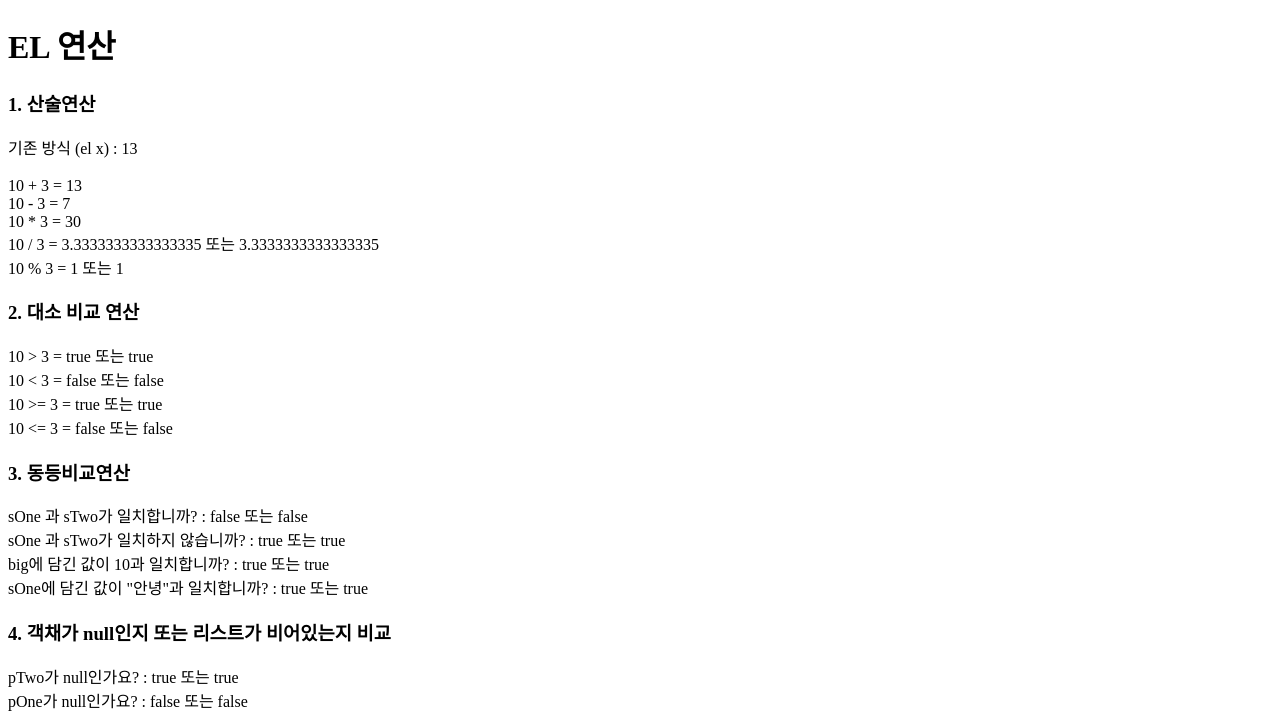
Repository: gimanKr/academyWork
Page: http://localhost/elActionProject/operation.do
An editor plug-in stored every save of this project. The page is shown before and after the next save, followed by the edit.
The browser window is 1280 px wide. The pictures show the whole page.
The page is served by Tomcat 9. Other server files are loaded and not shown.

Above is the page before, as saved 2023-10-26 03:03:14.

### elActionProject/src/main/webapp/views/1_EL/02_elOperation.jsp
<%@ page language="java" contentType="text/html; charset=UTF-8"
    pageEncoding="UTF-8"%>
<!DOCTYPE html>
<html>
<head>
<meta charset="UTF-8">
<title>Insert title here</title>
</head>
<body>
	<h1>EL 연산</h1>
	<h3>1. 산술연산</h3>
	기존 방식 (el x) : <%= (int)request.getAttribute("big") + (int)request.getAttribute("small") %>
	<br><br>

	10 + 3 = ${big + small} <br>
	10 - 3 = ${big - small} <br>
	10 * 3 = ${big * small} <br>
	10 / 3 = ${big / small} 또는 ${big div small} <br>
	10 % 3 = ${big % small} 또는 ${big mod small} <br>
	<h3>2. 대소 비교 연산 </h3>
	10 &gt; 3 = ${big > small} 또는 ${big gt small} <br>
	10 &lt; 3 = ${big < small} 또는 ${big lt small} <br>
	10 &gt;= 3 = ${big >= small} 또는 ${big ge small} <br>
	10 &lt;= 3 = ${big <= small} 또는 ${big le small} <br>
	<h3>3. 동등비교연산</h3>
	<!-- el에서의 == 비교는 자바에서의 equals()와 같은 동작을 한다. -->
	sOne 과 sTwo가 일치합니까? : ${sOne == sTwo} 또는 ${sOne eq sTwo} <br>
	sOne 과 sTwo가 일치하지 않습니까? : ${sOne != sTwo} 또는 ${sOne ne sTwo} <br>

	big에 담긴 값이 10과 일치합니까? : ${big == 10} 또는 ${big eq 10} <br>
	sOne에 담긴 값이 "안녕"과 일치합니까? : ${sOne == '안녕'} 또는 ${sOne eq "안녕"} <br>
	<!-- el안에서 문자열 리터럴 제시시 홀따움표든 쌍따움표든 가리지 않음 -->

	<h3>4. 객채가 null인지 또는 리스트가 비어있는지 비교</h3>
	pTwo가 null인가요? : ${pTwo == null} 또는 ${empty pTwo} <br>
	pOne가 null인가요? : ${pOne == null} 또는 ${empty pOne} <br>


</body>
</html>

### elActionProject/src/main/java/com/kh/controller/OperationServlet.java
package com.kh.controller;

import java.io.IOException;
import java.util.ArrayList;

import javax.servlet.ServletException;
import javax.servlet.annotation.WebServlet;
import javax.servlet.http.HttpServlet;
import javax.servlet.http.HttpServletRequest;
import javax.servlet.http.HttpServletResponse;

import com.kh.model.vo.Person;

/**
 * Servlet implementation class OperationServlet
 */
@WebServlet("/operation.do")
public class OperationServlet extends HttpServlet {
	private static final long serialVersionUID = 1L;

    /**
     * @see HttpServlet#HttpServlet()
     */
    public OperationServlet() {
        super();
        // TODO Auto-generated constructor stub
    }

	/**
	 * @see HttpServlet#doGet(HttpServletRequest request, HttpServletResponse response)
	 */
	protected void doGet(HttpServletRequest request, HttpServletResponse response) throws ServletException, IOException {
		request.setAttribute("big", 10);
		request.setAttribute("small", 3);
		request.setAttribute("sOne", "안녕");
		request.setAttribute("sTwo", "잘가");

		request.setAttribute("pOne", new Person("홍길동", 22 ,"남자"));
		request.setAttribute("pTwo", null);

		ArrayList<String> list1 = new ArrayList<>();
		request.setAttribute("1One", list1);

		ArrayList<String> list2 = new ArrayList<>();
		list2.add("들어있음");
		request.setAttribute("1Two", list2);

		request.getRequestDispatcher("views/1_EL/02_elOperation.jsp").forward(request, response);
	}

	/**
	 * @see HttpServlet#doPost(HttpServletRequest request, HttpServletResponse response)
	 */
	protected void doPost(HttpServletRequest request, HttpServletResponse response) throws ServletException, IOException {
		// TODO Auto-generated method stub
		doGet(request, response);
	}

}

### elActionProject/src/main/java/com/kh/model/vo/Person.java
package com.kh.model.vo;

public class Person {
	private String name;
	private int age;
	private String gender;

	public Person() {}

	public Person(String name, int age, String gender) {
		super();
		this.name = name;
		this.age = age;
		this.gender = gender;
	}

	public String getName() {
		return name;
	}

	public void setName(String name) {
		this.name = name;
	}

	public int getAge() {
		return age;
	}

	public void setAge(int age) {
		this.age = age;
	}

	public String getGender() {
		return gender;
	}

	public void setGender(String gender) {
		this.gender = gender;
	}

	@Override
	public String toString() {
		return "Person [name=" + name + ", age=" + age + ", gender=" + gender + "]";
	}


}

After the next save:
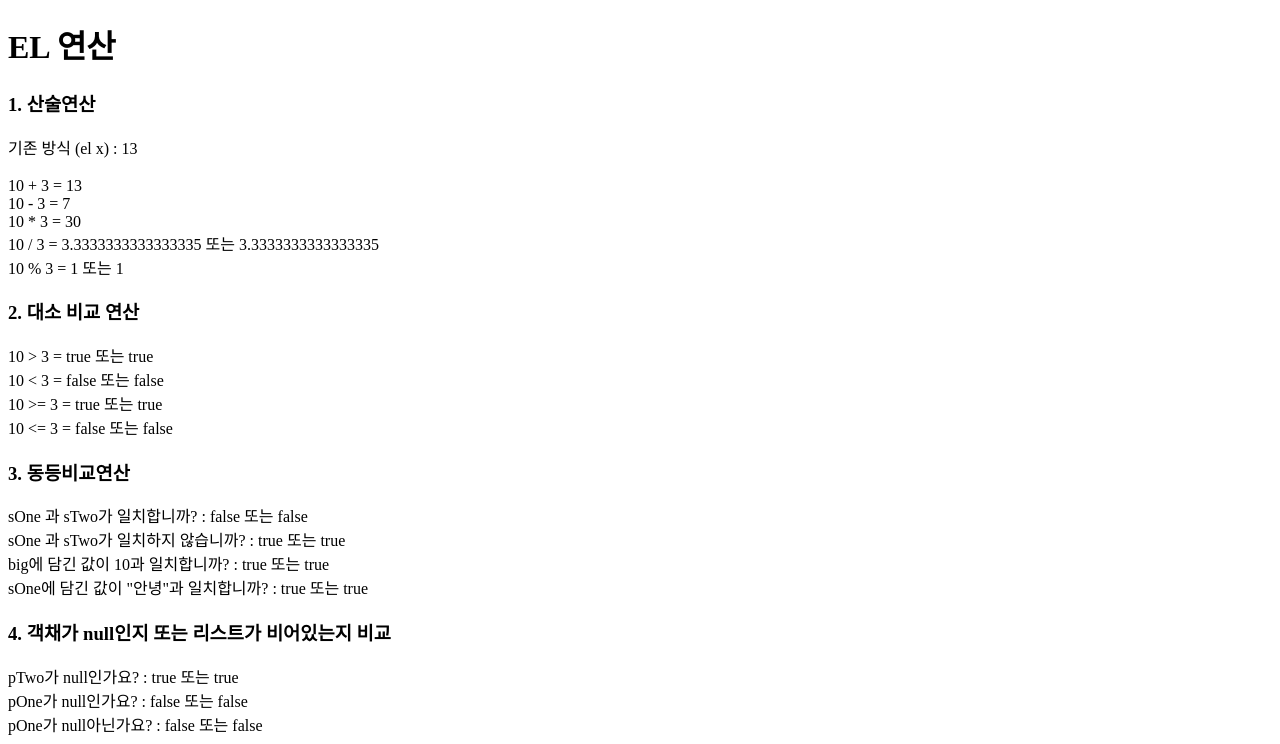
Saved 14 s later.
--- a/elActionProject/src/main/webapp/views/1_EL/02_elOperation.jsp
+++ b/elActionProject/src/main/webapp/views/1_EL/02_elOperation.jsp
@@ -34,7 +34,7 @@
 	<h3>4. 객채가 null인지 또는 리스트가 비어있는지 비교</h3>
 	pTwo가 null인가요? : ${pTwo == null} 또는 ${empty pTwo} <br>
 	pOne가 null인가요? : ${pOne == null} 또는 ${empty pOne} <br>
-
+	pOne가 null아닌가요? : ${pOne == null} 또는 ${empty pOne} <br>
 
 </body>
 </html>
